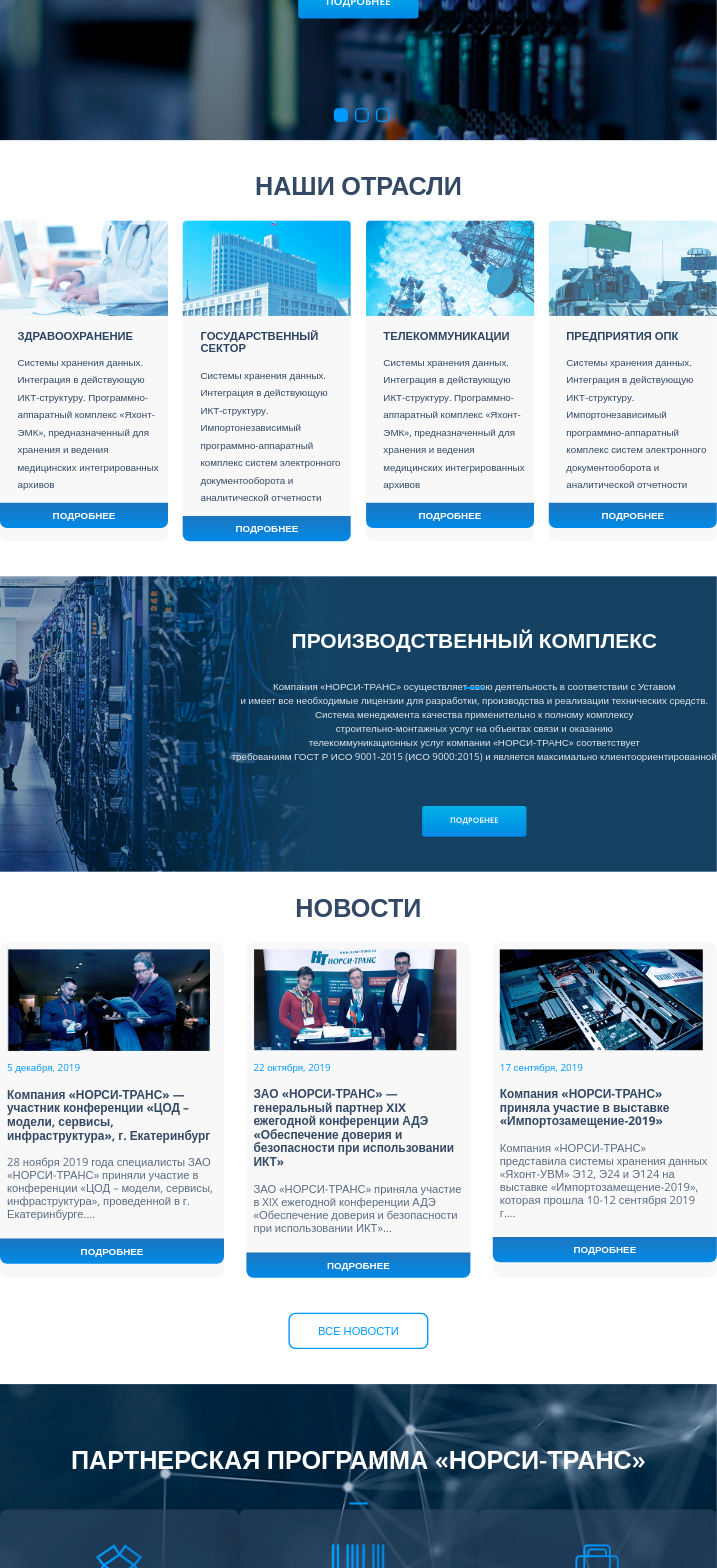
Repository: frostnn/testTaskBurbon
Page: app/index.html
These files come from the project's save history. The page is drawn as it stood at one moment and after the next save; the edit follows.
The browser window is 1024 px wide. The pictures show the part of the page from y = 365 to 2605 px (the page is 3419 px tall before and 3409 px after), at 70% of full size.
The style sheet was rebuilt from its Sass, Less or Tailwind sources for each picture, by a compiler version that may differ from the author's.

Above is the page before, as saved 2020-07-16 11:17:15.

After the next save:
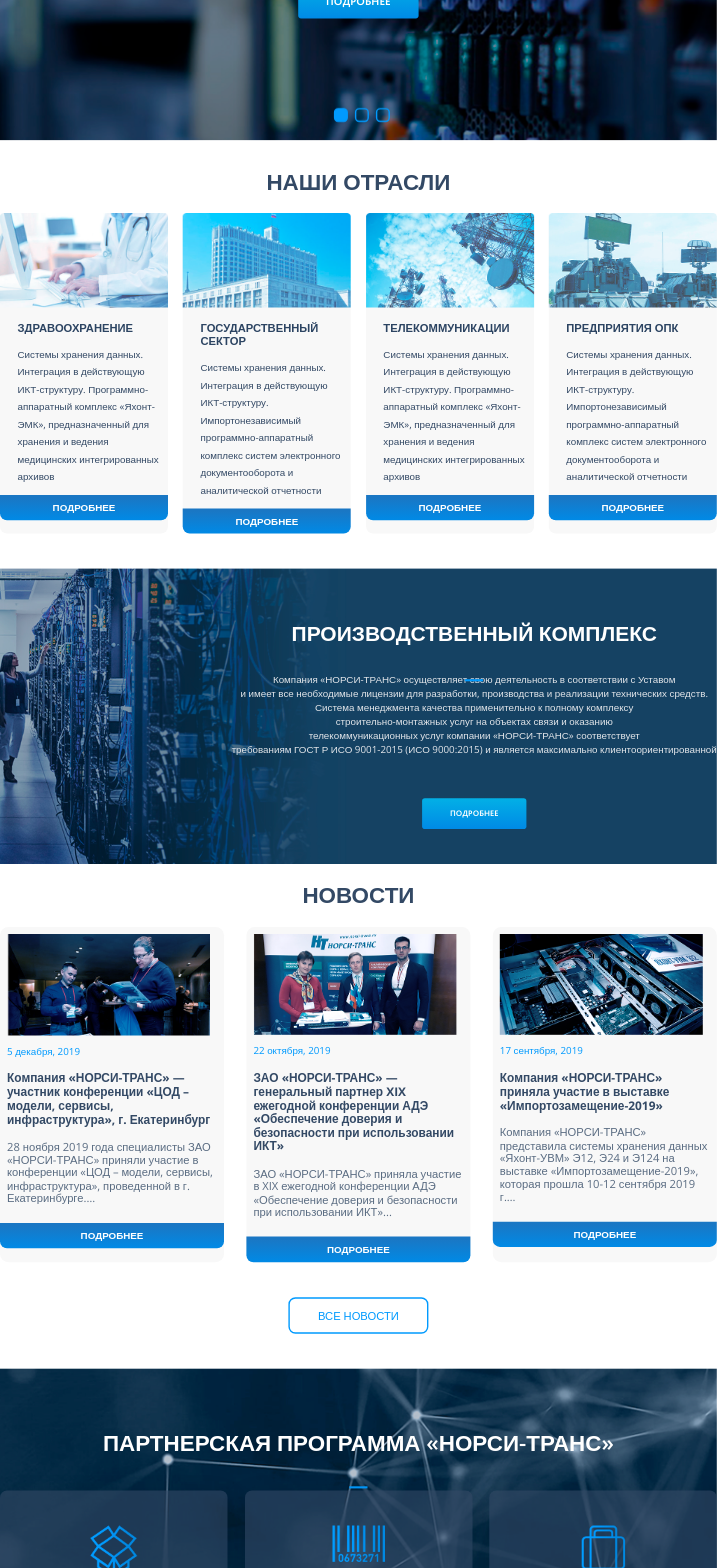
Saved 4 min 16 s later.
--- a/app/scss/_media.scss
+++ b/app/scss/_media.scss
@@ -221,7 +221,16 @@
   }
 
   .program-block {
-    width: 370px;
+    width: 325px;
+    .program-block__text {
+      font-size: 14px;
+    }
+    .program-block__text {
+      font-size: 20px;
+    }
+  }
+  .program-title, .news-title, .industries-title {
+    font-size: 32px;
   }
   .header-nav__list {
     .header-nav__list-item {
